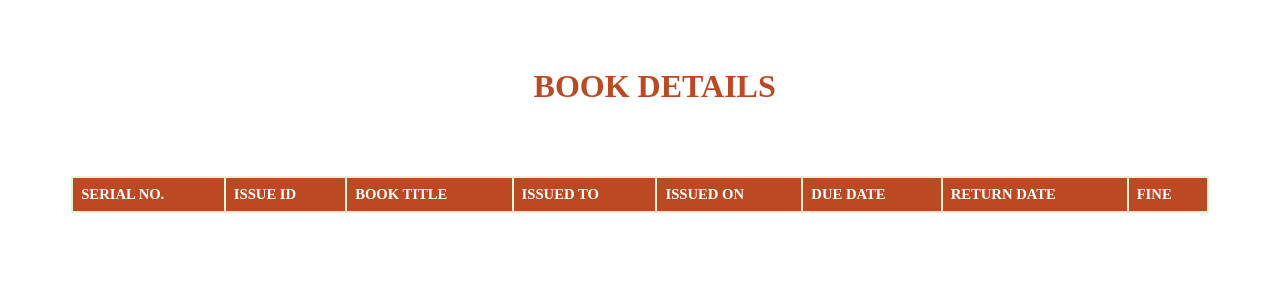
Repository: devikrishna908/RURAL-LIBRARY-MANAGEMENT
Page: http://localhost/library-management/WEB-INF/jsp/admin-statistics.jsp
An editor plug-in stored every save of this project. The page is shown before and after the next save, followed by the edit.
The browser window is 1280 px wide. The pictures show the whole page.
The page is served by Tomcat 9. Nobody is signed in. The template is opened directly, without the code that normally fills it, so the values that code supplies are empty.

Above is the page before, as saved 2024-05-27 16:54:50.

After the next save:
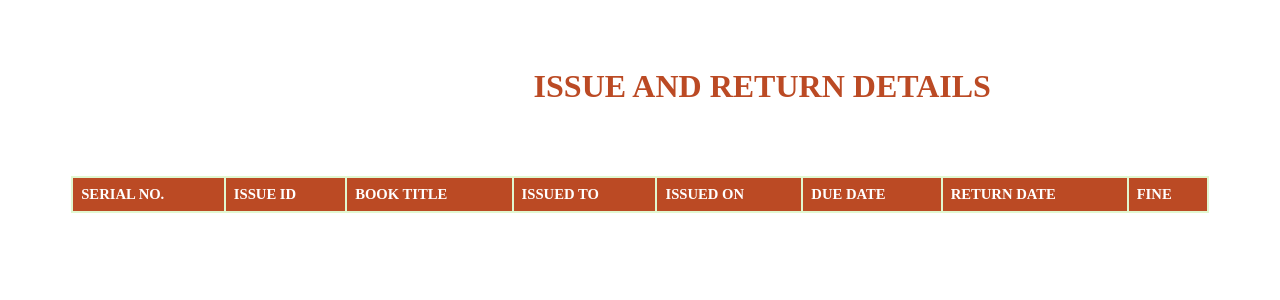
Saved 104 s later.
--- a/library-management/src/main/webapp/WEB-INF/jsp/admin-statistics.jsp
+++ b/library-management/src/main/webapp/WEB-INF/jsp/admin-statistics.jsp
@@ -12,7 +12,7 @@
 </head>
 <body>
 	<div class="services-container">
-		<h1 class="services">BOOK DETAILS</h1>
+		<h1 class="services">ISSUE AND RETURN DETAILS</h1>
 	</div>
 	<table border="1">
 		<tr>
